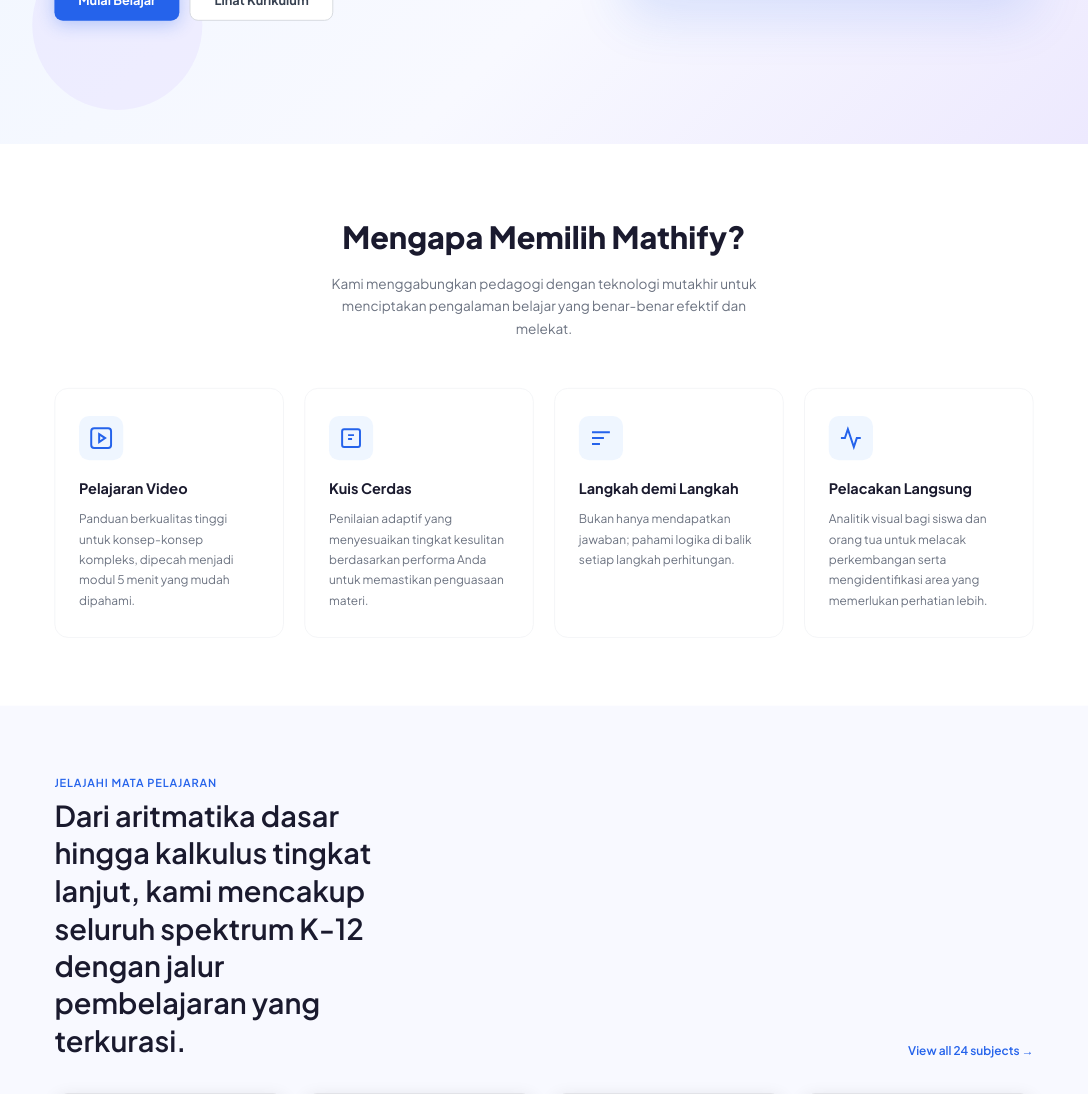
Repository: AdityaRevangga/Mathify
Page: /dashboard (app in frontend/)
An editor plug-in stored every save of this project. The page is shown before and after a run of saves, followed by the edit.
The browser window is 1280 px wide. The pictures show the part of the page from y = 550 to 1837 px (the page is 2926 px tall before and 3402 px after), at 85% of full size.
Pictures or frames that could not be fetched are drawn as grey boxes. The page's requests for data from a server got no answer. The project was rebuilt for these pictures with package versions that can differ from the ones it lists, and the page was loaded fresh each time. No one was signed in, and anything a server would have sent is missing. Also part of the build but not shown: frontend/vite.config.js, frontend/src/index.css, frontend/src/components/Sidebar.jsx, frontend/src/components/Topbar.jsx, frontend/src/layouts/DashboardLayout.jsx, frontend/src/layouts/AuthLayout.jsx, frontend/src/layouts/MateriLayout.jsx, frontend/src/pages/LoginPage.jsx and 12 more.

Above is the page before, as saved 2026-06-02 14:23:53.

After the next 2 saves:
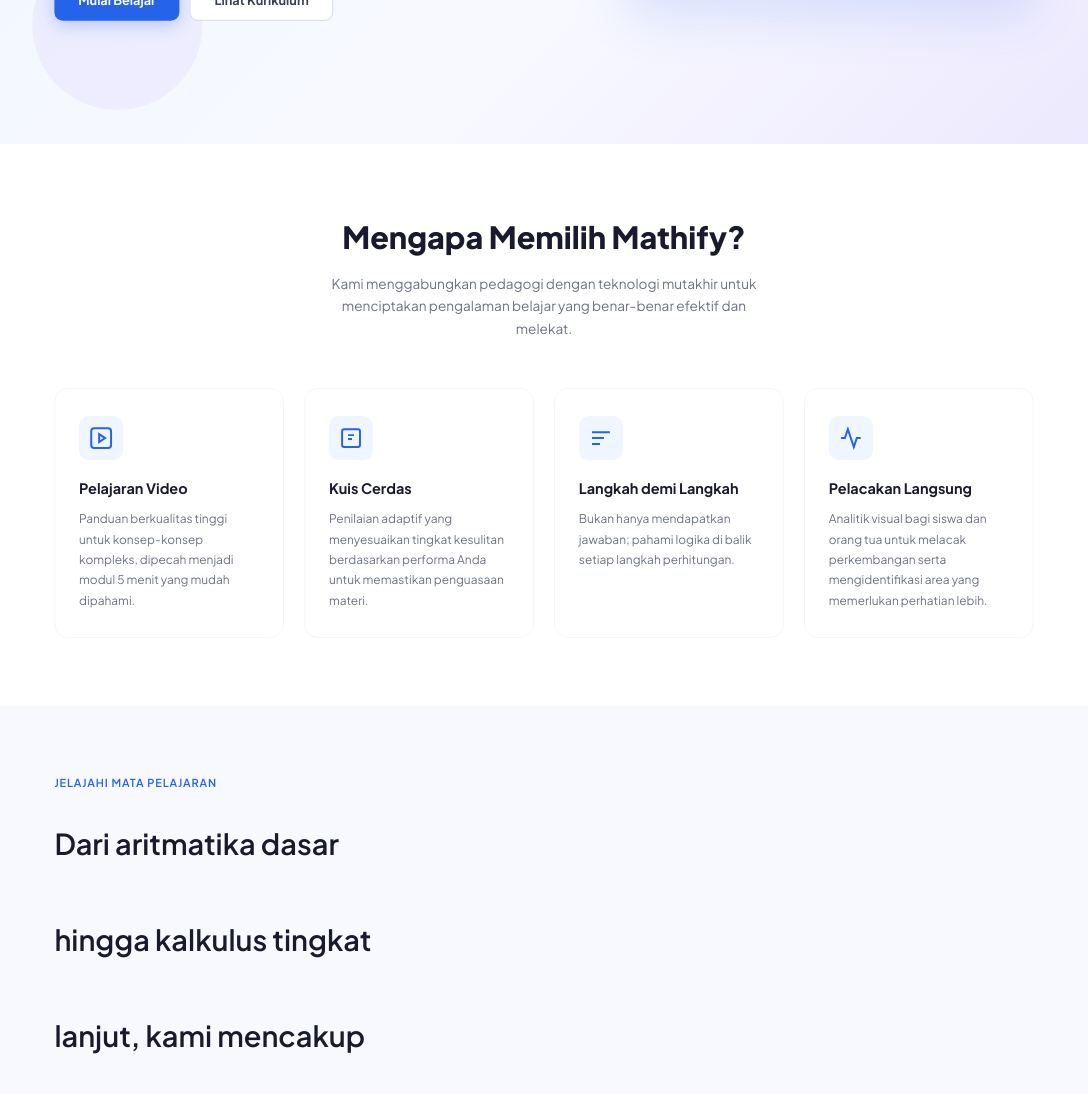
The 2 saves are shown as one change because they came seconds apart.
The last was saved 47 s later.
--- a/frontend/src/pages/LandingPage.jsx
+++ b/frontend/src/pages/LandingPage.jsx
@@ -216,7 +216,7 @@
           <div style={{ display: 'flex', justifyContent: 'space-between', alignItems: 'flex-end', marginBottom: 40, flexWrap: 'wrap', gap: 16 }}>
             <div>
               <p style={{ fontSize: 13, fontWeight: 600, color: '#2563EB', marginBottom: 6, textTransform: 'uppercase', letterSpacing: 1 }}>Jelajahi Mata Pelajaran</p>
-              <h2 style={{ fontSize: 'clamp(12px, 3vw, 34px)', fontWeight: 600, lineHeight: 1.3, maxWidth: 400 }}>
+              <h2 style={{ fontSize: 'clamp(12px, 3vw, 34px)', fontWeight: 600, lineHeight: 3.3, maxWidth: 400 }}>
                 Dari aritmatika dasar hingga kalkulus tingkat lanjut, kami mencakup seluruh spektrum K-12 dengan jalur pembelajaran yang terkurasi.
               </h2>
             </div>

After the save that followed:
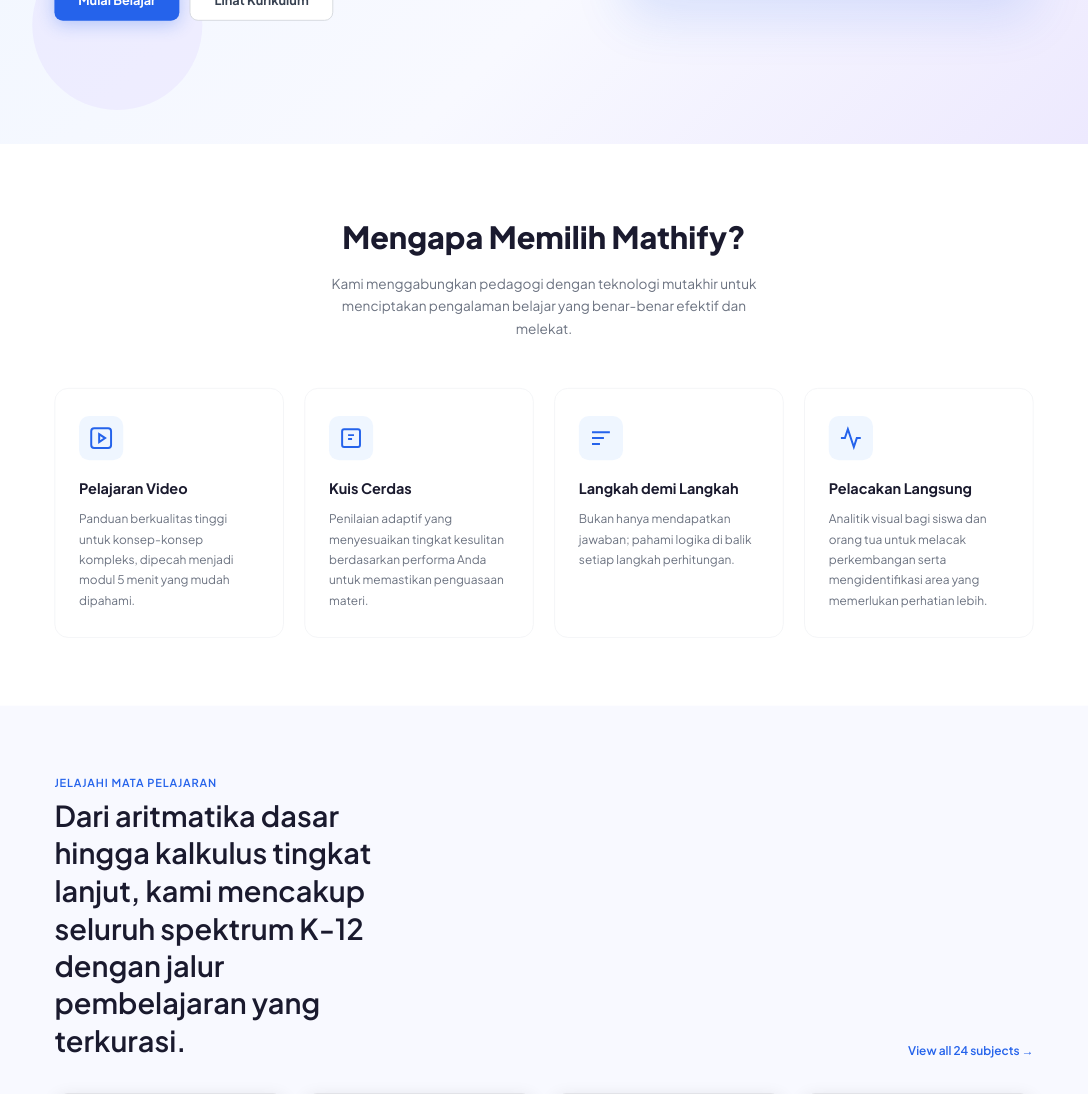
Saved 16 s later.
--- a/frontend/src/pages/LandingPage.jsx
+++ b/frontend/src/pages/LandingPage.jsx
@@ -216,7 +216,7 @@
           <div style={{ display: 'flex', justifyContent: 'space-between', alignItems: 'flex-end', marginBottom: 40, flexWrap: 'wrap', gap: 16 }}>
             <div>
               <p style={{ fontSize: 13, fontWeight: 600, color: '#2563EB', marginBottom: 6, textTransform: 'uppercase', letterSpacing: 1 }}>Jelajahi Mata Pelajaran</p>
-              <h2 style={{ fontSize: 'clamp(12px, 3vw, 34px)', fontWeight: 600, lineHeight: 3.3, maxWidth: 400 }}>
+              <h2 style={{ fontSize: 'clamp(12px, 3vw, 34px)', fontWeight: 600, lineHeight: 1.3, maxWidth: 400 }}>
                 Dari aritmatika dasar hingga kalkulus tingkat lanjut, kami mencakup seluruh spektrum K-12 dengan jalur pembelajaran yang terkurasi.
               </h2>
             </div>
